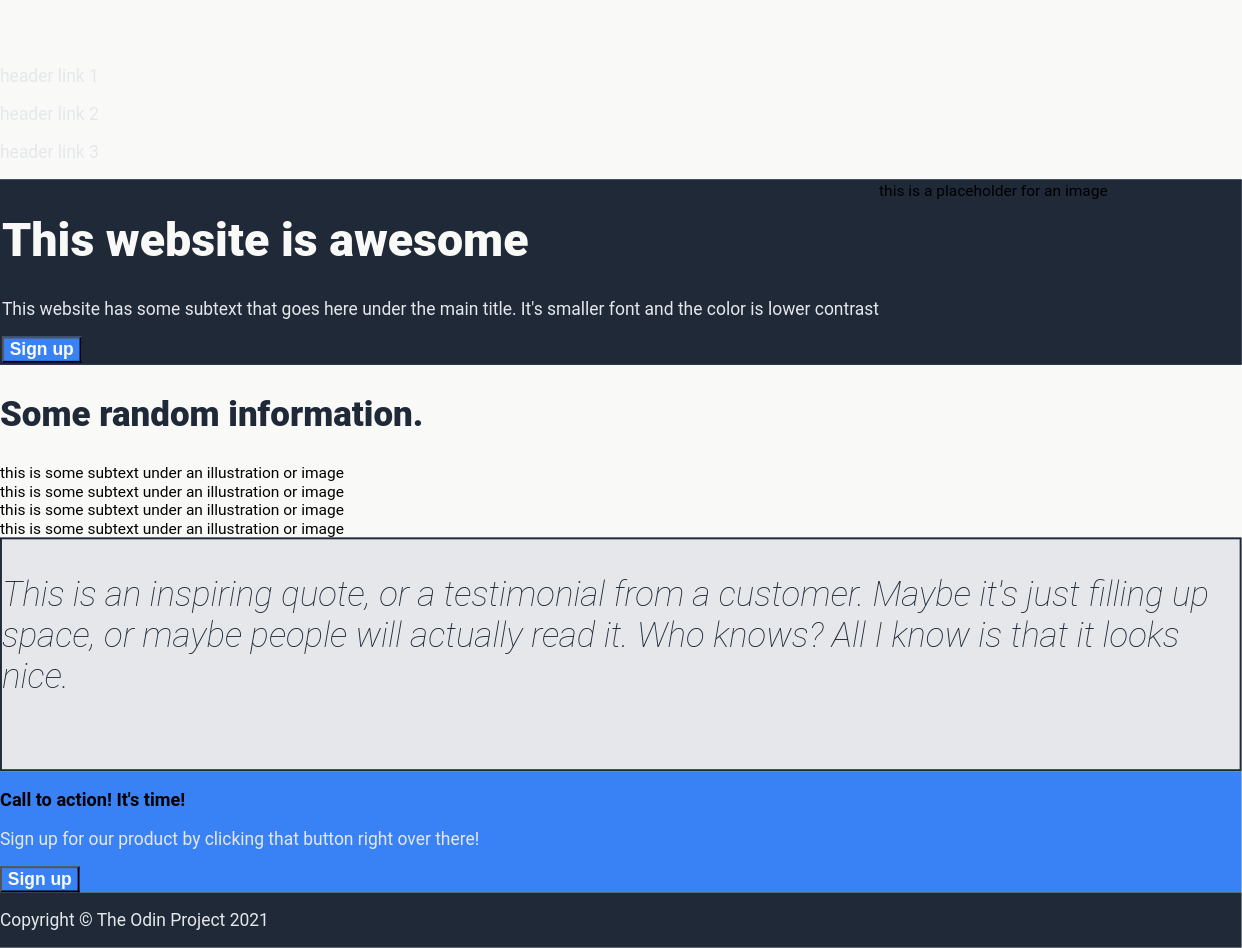
Repository: rsoetydev/landing-page
Page: index.html
These files come from the project's save history. The page is drawn as it stood at one moment and after the next save; the edit follows.
The browser window is 1280 px wide. The pictures show the whole page, at 97% of full size.

Above is the page before, as saved 2023-11-27 15:51:39.

After the next save:
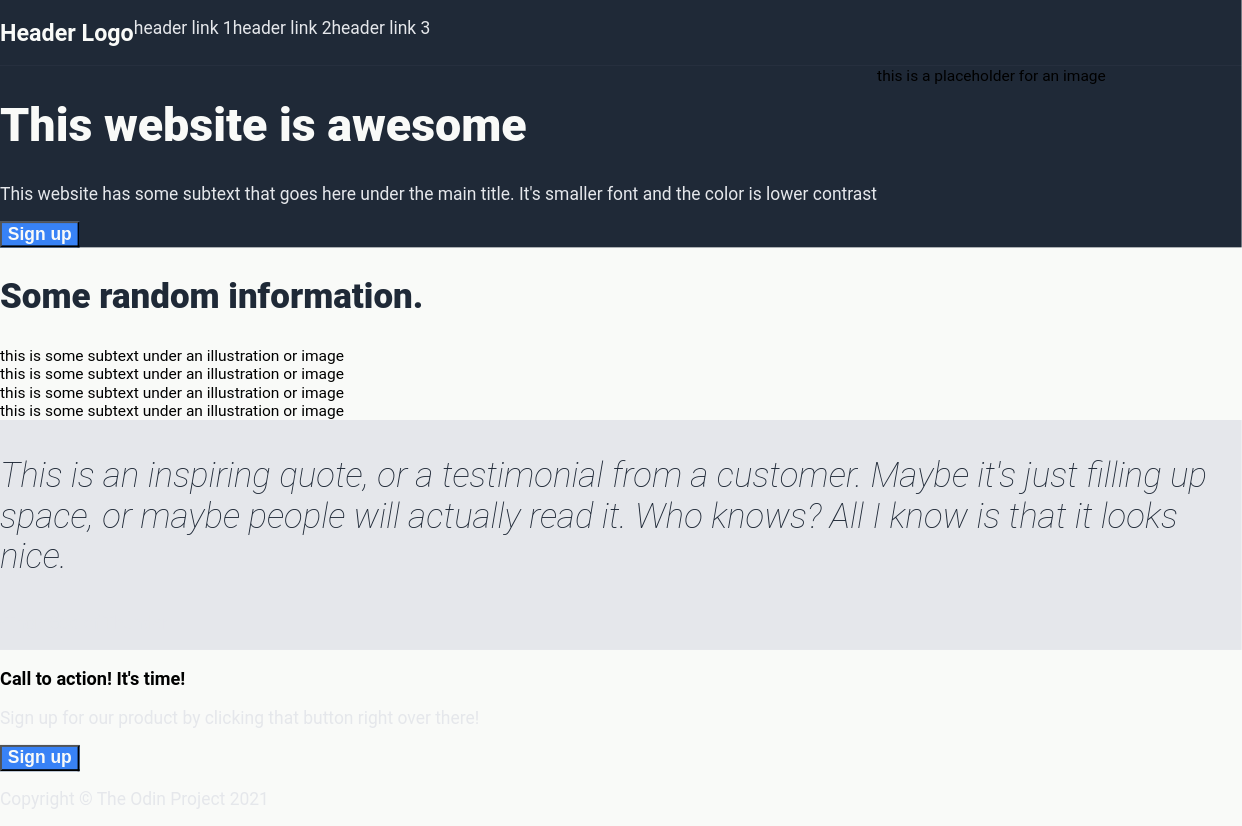
Saved 23 s later.
--- a/style.css
+++ b/style.css
@@ -54,20 +54,18 @@ button{
     font-weight: 600;
 }
 
+.header{
+    display:flex;
+    background-color: var(--dark);
+}
+
 .hero{
     display:flex;
     background-color: var(--dark);
-    border-style: solid;
-    border-color: #1F2937;
-    border-width: 2px;
 }
 
 .quote{
     background-color: var(--gray);
-    border-style: solid;
-    border-color: #1F2937;
-    border-width: 2px;
-}
 
 .c2a{
     background-color: var(--blue);
